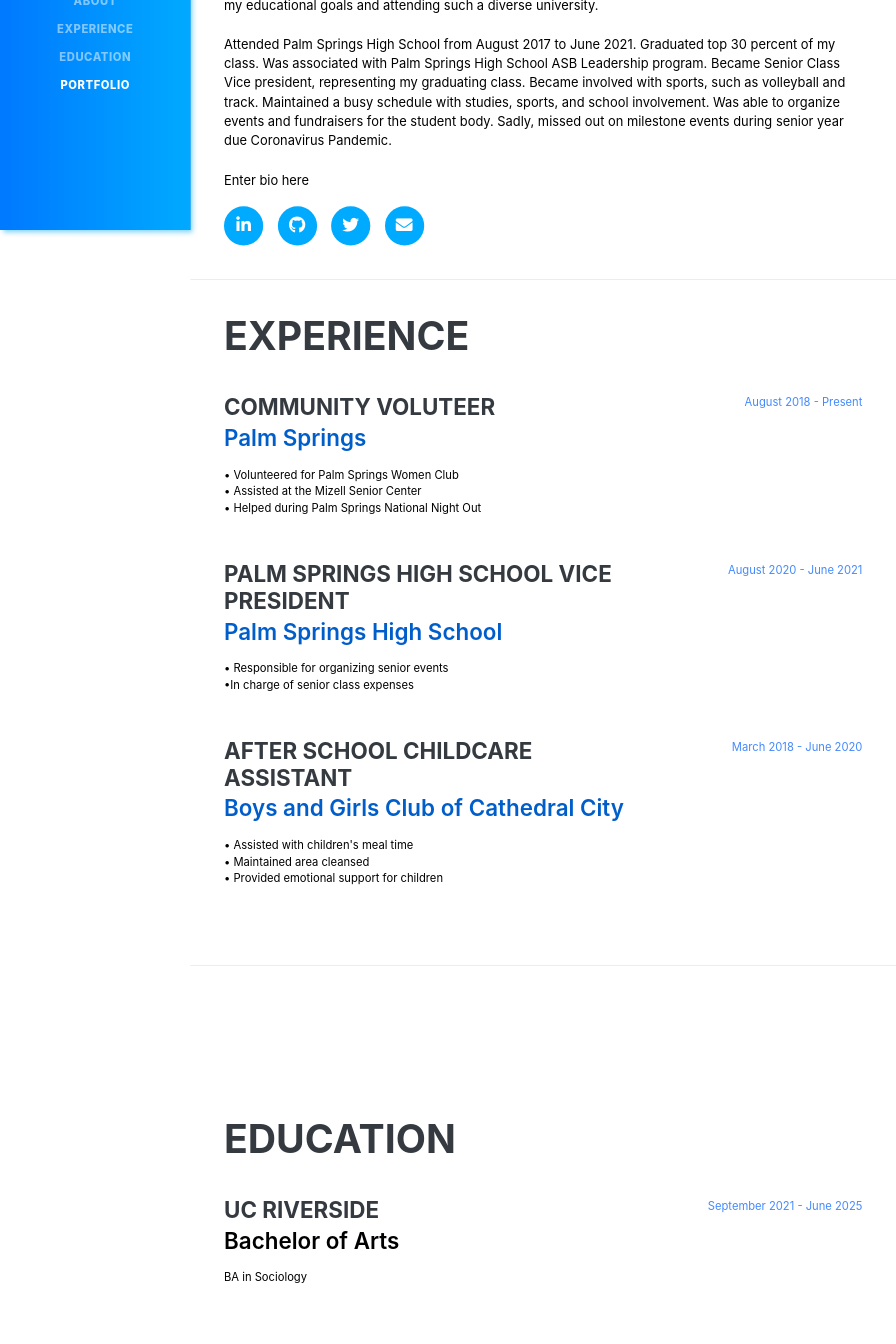
Repository: zreye/ZullyReyes-Resume
Page: LearnCS8-Resume/index.html
The author's editor kept a record of every edit. The page is drawn from the files as they stood at one moment, then again after the next edit.
The browser window is 1280 px wide. The pictures show the part of the page from y = 391 to 2311 px (the page is 5795 px tall before and 5905 px after), at 70% of full size.
Some web fonts or font styles are not loaded; a fallback is used.

Above is the page before.

After the next edit:
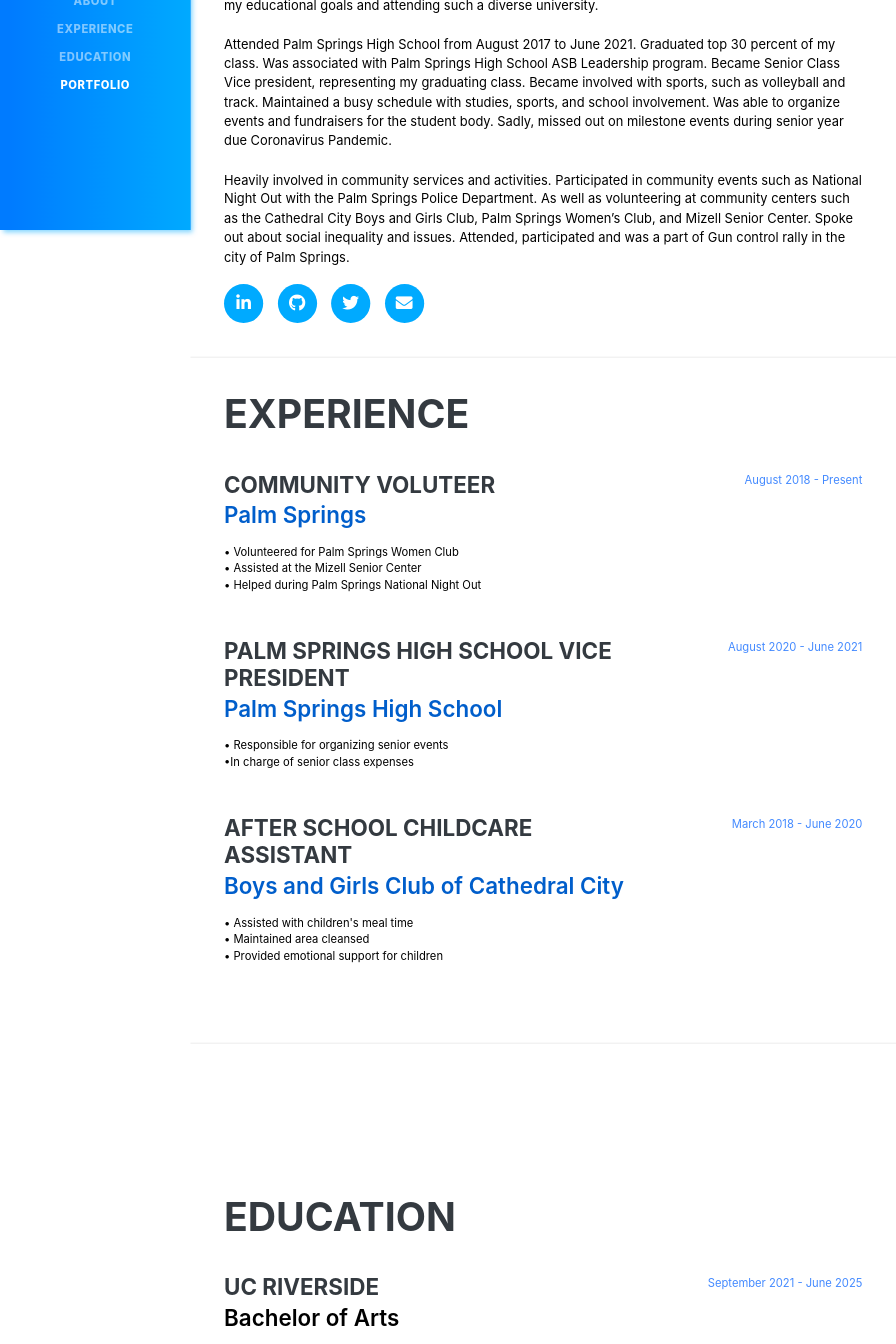
The edit:
--- a/LearnCS8-Resume/index.html
+++ b/LearnCS8-Resume/index.html
@@ -67,7 +67,7 @@
 
 <br><br>
 
-        Enter bio here
+        Heavily involved in community services and activities. Participated in community events such as National Night Out with the Palm Springs Police Department. As well as volunteering at community centers such as the Cathedral City Boys and Girls Club, Palm Springs Women’s Club, and Mizell Senior Center. Spoke out about social inequality and issues. Attended, participated and was a part of Gun control rally in the city of Palm Springs.
         </p>
         <div class="social-icons">
           <a target="_blank" id="socialicon-1" href="https://www.linkedin.com/in/zully-reyes-8aa049225/">
